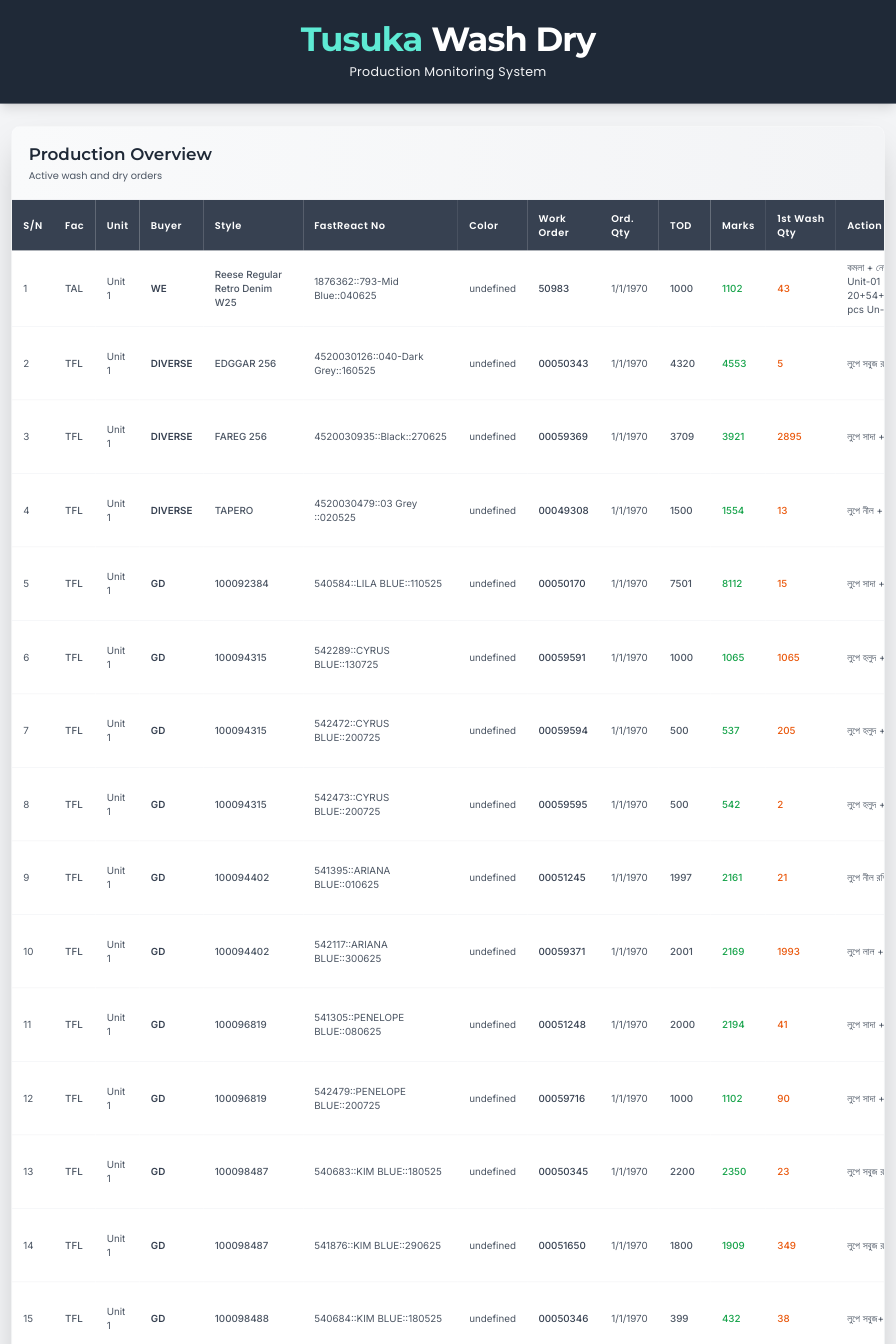
Repository: AhmedMuktadir14218/TusukaDryWash
Page: 1st Wash/index.html
An editor plug-in stored every save of this project. The page is shown before and after the next save, followed by the edit.
The browser window is 1280 px wide. The pictures show the part of the page from y = 0 to 1920 px (the page is 4087 px tall), at 70% of full size.
Some web libraries are served in a nearby version.

Above is the page before, as saved 2025-07-01 11:54:43.

After the next save:
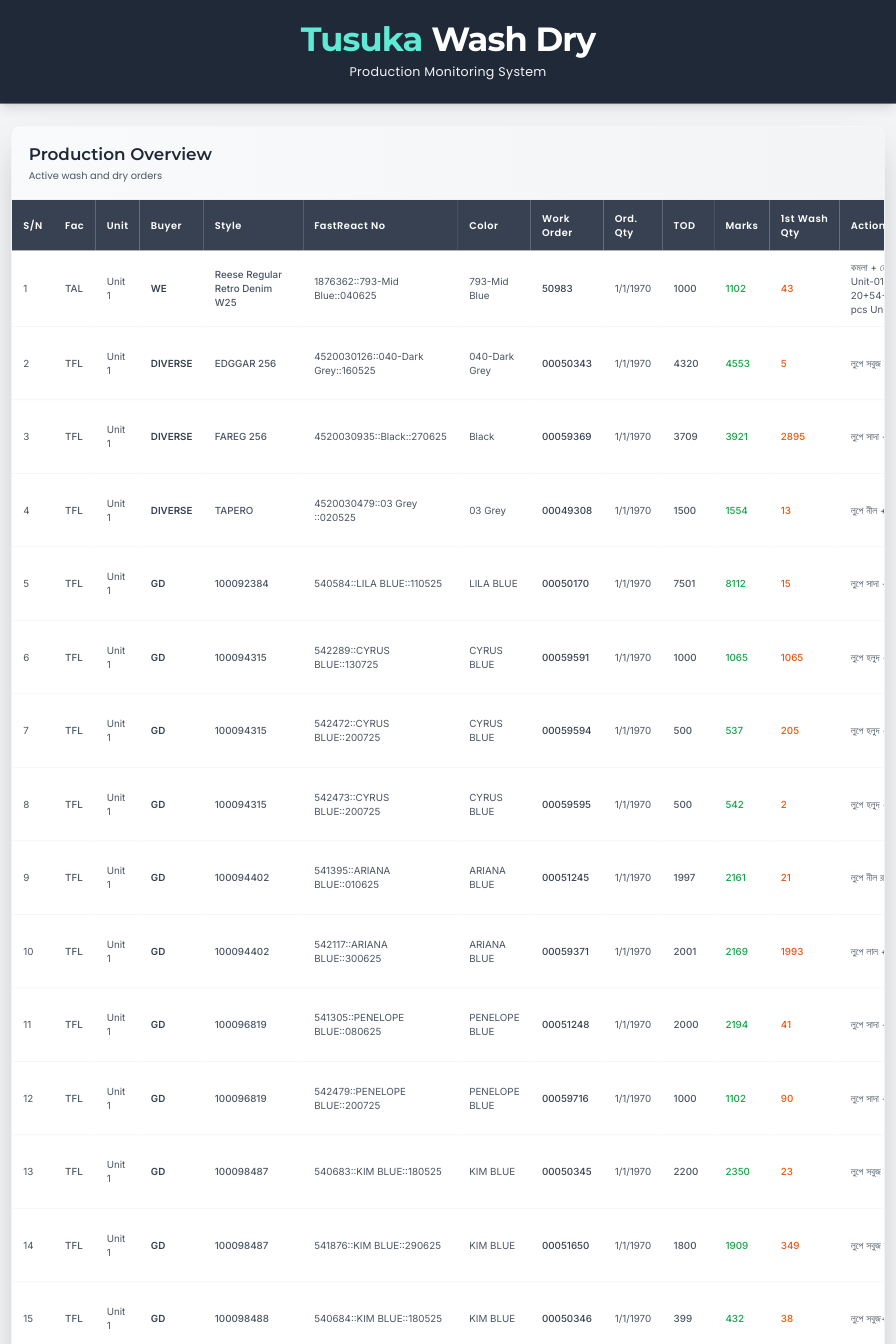
Saved 22 s later.
--- a/1st Wash/script.js
+++ b/1st Wash/script.js
@@ -30,7 +30,7 @@ function populateTable(data) {
             <td class="px-4 py-3.5 font-semibold text-gray-700" data-label="Buyer">${row.Buyer}</td>
             <td class="px-4 py-3.5 text-gray-600 font-medium" data-label="Style">${row['Style Name']}</td>
             <td class="px-4 py-3.5 text-gray-600" data-label="PO/Color">${row['FastReact No']}</td>
-            <td class="px-4 py-3.5 text-gray-600" data-label="PO/Color">${row.color}</td>
+            <td class="px-4 py-3.5 text-gray-600" data-label="PO/Color">${row.Color}</td>
             <td class="px-4 py-3.5 text-gray-700 font-medium" data-label="Work Order">${row['Work Order No']}</td>
             <td class="px-4 py-3.5 text-gray-600" data-label="T. Date">${new Date(row.TOD).toLocaleDateString()}</td>
             <td class="px-4 py-3.5 text-gray-600 font-medium" data-label="Ord. Qty">${row['Order Quantity']}</td>
